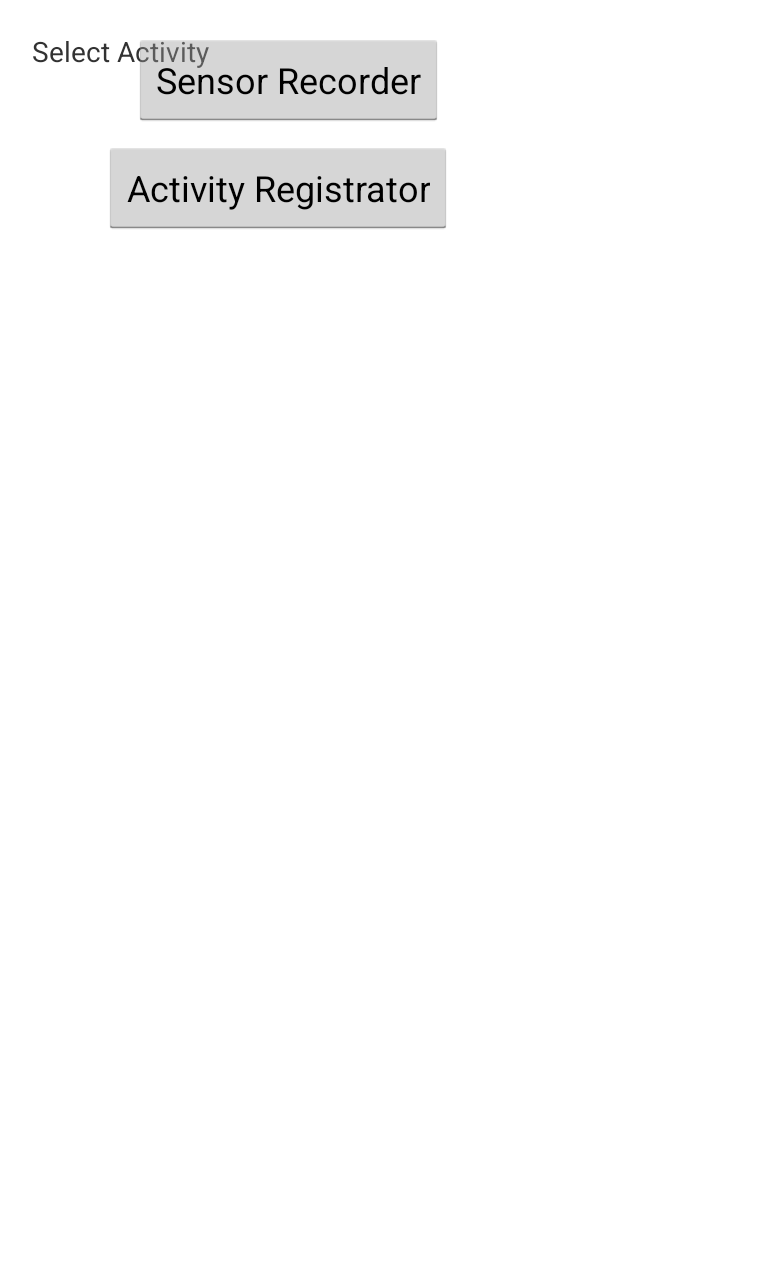
Repository: pancho1313/practica2tests
Layout: ActivityRegistrator/res/layout/activity_select_activity_registrator.xml
These files come from the project's save history. The layout is drawn as it stood at one moment and after the next save; the edit follows.
It is drawn on a 768 x 1280 px phone screen (xhdpi) without system bars, with theme AppTheme; the app's code is not run.

Above is the layout before, as saved 2014-01-15 14:18:29.

### ActivityRegistrator/res/layout/activity_select_activity_registrator.xml
<RelativeLayout xmlns:android="http://schemas.android.com/apk/res/android"
    xmlns:tools="http://schemas.android.com/tools"
    android:layout_width="match_parent"
    android:layout_height="match_parent"
    android:paddingBottom="@dimen/activity_vertical_margin"
    android:paddingLeft="@dimen/activity_horizontal_margin"
    android:paddingRight="@dimen/activity_horizontal_margin"
    android:paddingTop="@dimen/activity_vertical_margin"
    tools:context=".SelectActivityRegistrator" >

    <TextView
        android:id="@+id/textView1"
        android:layout_width="wrap_content"
        android:layout_height="wrap_content"
        android:text="@string/select" />

    <Button
        android:id="@+id/registrator"
        android:layout_width="wrap_content"
        android:layout_height="wrap_content"
        android:layout_alignLeft="@+id/textView1"
        android:layout_below="@+id/textView1"
        android:layout_marginLeft="35dp"
        android:layout_marginTop="35dp"
        android:text="@string/registrator" />

    <Button
        android:id="@+id/recorder"
        android:layout_width="wrap_content"
        android:layout_height="wrap_content"
        android:layout_alignBaseline="@+id/button1"
        android:layout_alignBottom="@+id/button1"
        android:layout_marginLeft="50dp"
        android:layout_toRightOf="@+id/button1"
        android:text="@string/recorder" />

</RelativeLayout>

### ActivityRegistrator/res/values/strings.xml
<?xml version="1.0" encoding="utf-8"?>
<resources>

    <string name="app_name">ActivityRegistrator</string>
    <string name="action_settings">Settings</string>
    <string name="start">start</string>
    <string name="stop">stop</string>
    <string name="emptyDate">--:--:--</string>
    <string name="title_activity_select_activity_registrator">SelectActivityRegistrator</string>
    <string name="hello_world">Hello world!</string>
    <string name="select">Select Activity</string>
    <string name="recorder">Sensor Recorder</string>
    <string name="registrator">Activity Registrator</string>
</resources>

Loaded but not shown: ActivityRegistrator/res/values/styles.xml (common file); ActivityRegistrator/res/values-v11/styles.xml (common file); ActivityRegistrator/res/values-v14/styles.xml (common file); ActivityRegistrator/res/values/dimens.xml (common file)

After the next save:
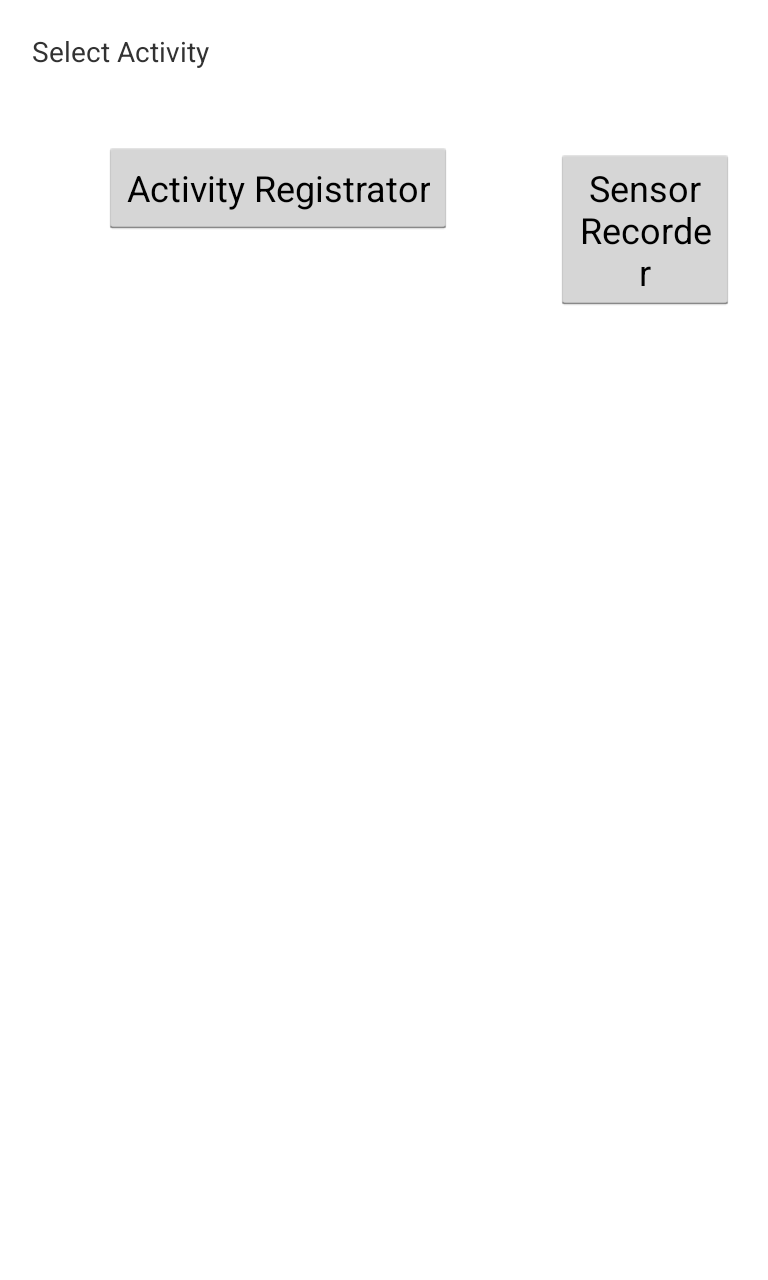
Saved 23 s later.
--- a/ActivityRegistrator/res/layout/activity_select_activity_registrator.xml
+++ b/ActivityRegistrator/res/layout/activity_select_activity_registrator.xml
@@ -28,10 +28,10 @@
         android:id="@+id/recorder"
         android:layout_width="wrap_content"
         android:layout_height="wrap_content"
-        android:layout_alignBaseline="@+id/button1"
-        android:layout_alignBottom="@+id/button1"
+        android:layout_alignBaseline="@+id/registrator"
+        android:layout_alignBottom="@+id/registrator"
         android:layout_marginLeft="50dp"
-        android:layout_toRightOf="@+id/button1"
+        android:layout_toRightOf="@+id/registrator"
         android:text="@string/recorder" />
 
 </RelativeLayout>
